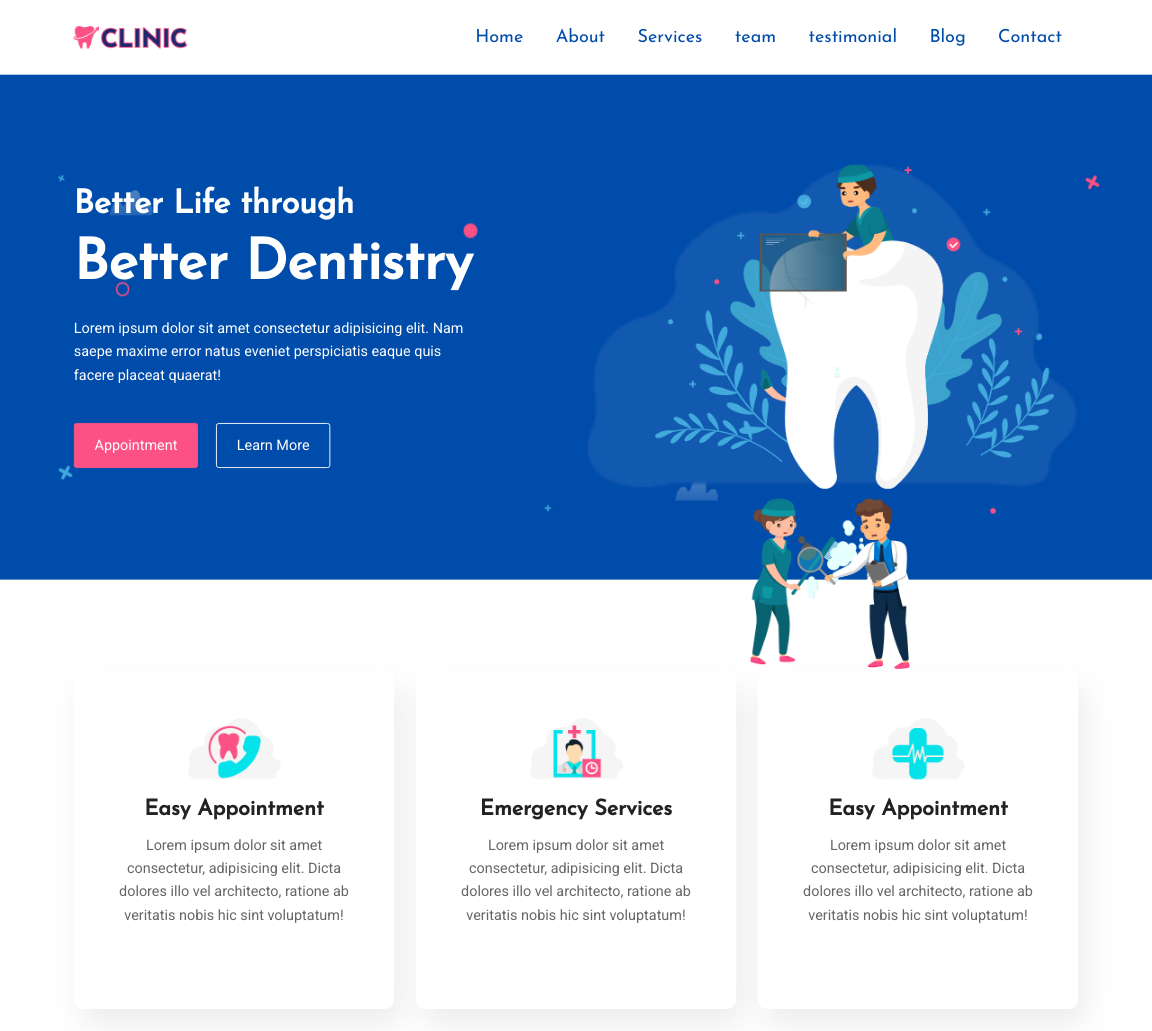
Repository: rsbappy/Project-13
Page: index.html
An editor plug-in stored every save of this project. The page is shown before and after the next save, followed by the edit.
The browser window is 1280 px wide. The pictures show the whole page, at 90% of full size.
Some web libraries are served in a nearby version.

Above is the page before, as saved 2022-08-19 11:39:42.
Console error: TypeError: Cannot read properties of null (reading 'classList')

After the next save:
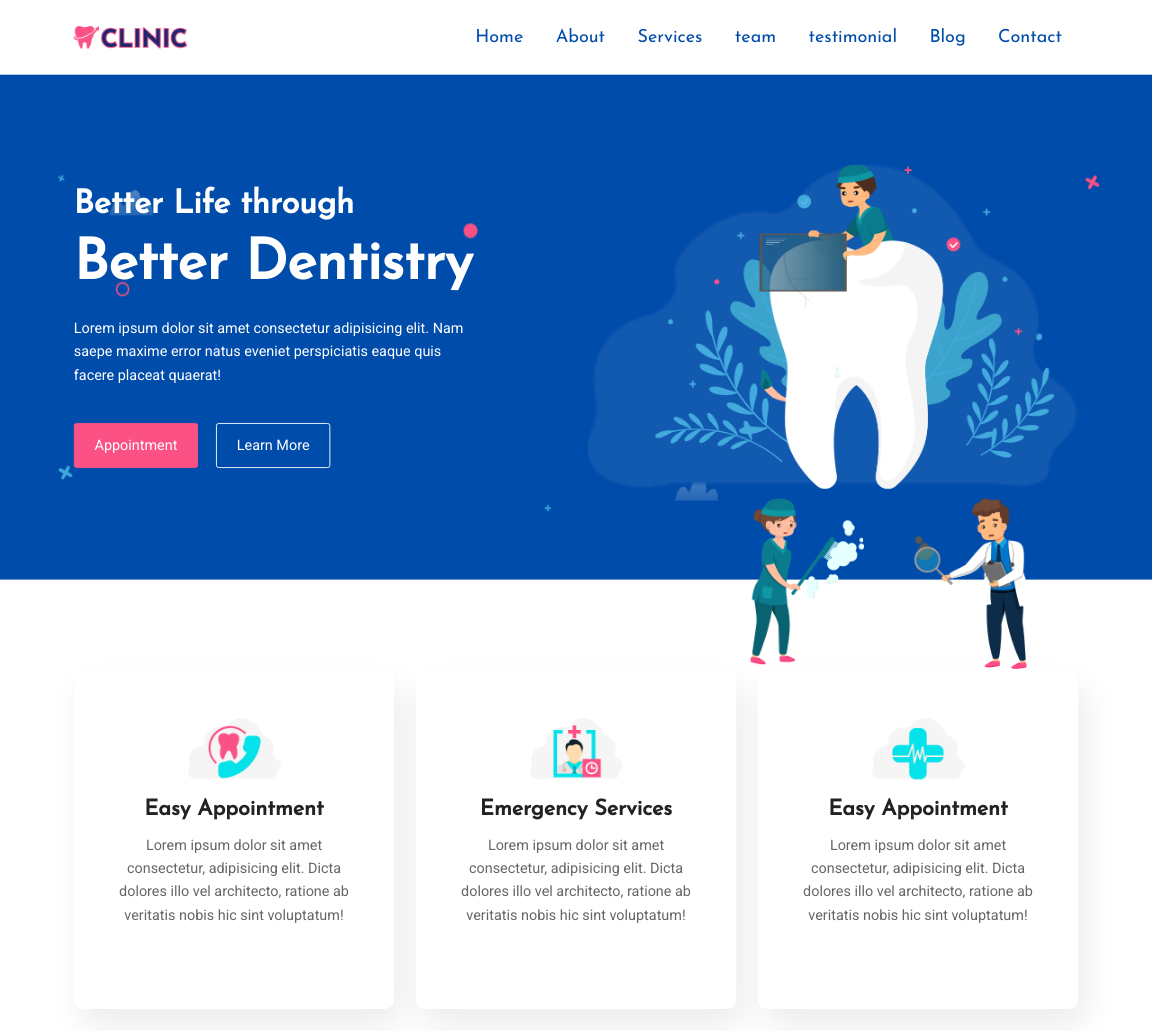
Saved 44 s later.
--- a/css/style.css
+++ b/css/style.css
@@ -276,7 +276,7 @@ p {
 }
 
 .banner_wrapper .animate-img .aimg2 {
-    right: -5.687rem;
+    margin-left: 5.687rem;
     position: absolute;
     -webkit-animation-name: movebounce;
     ;
